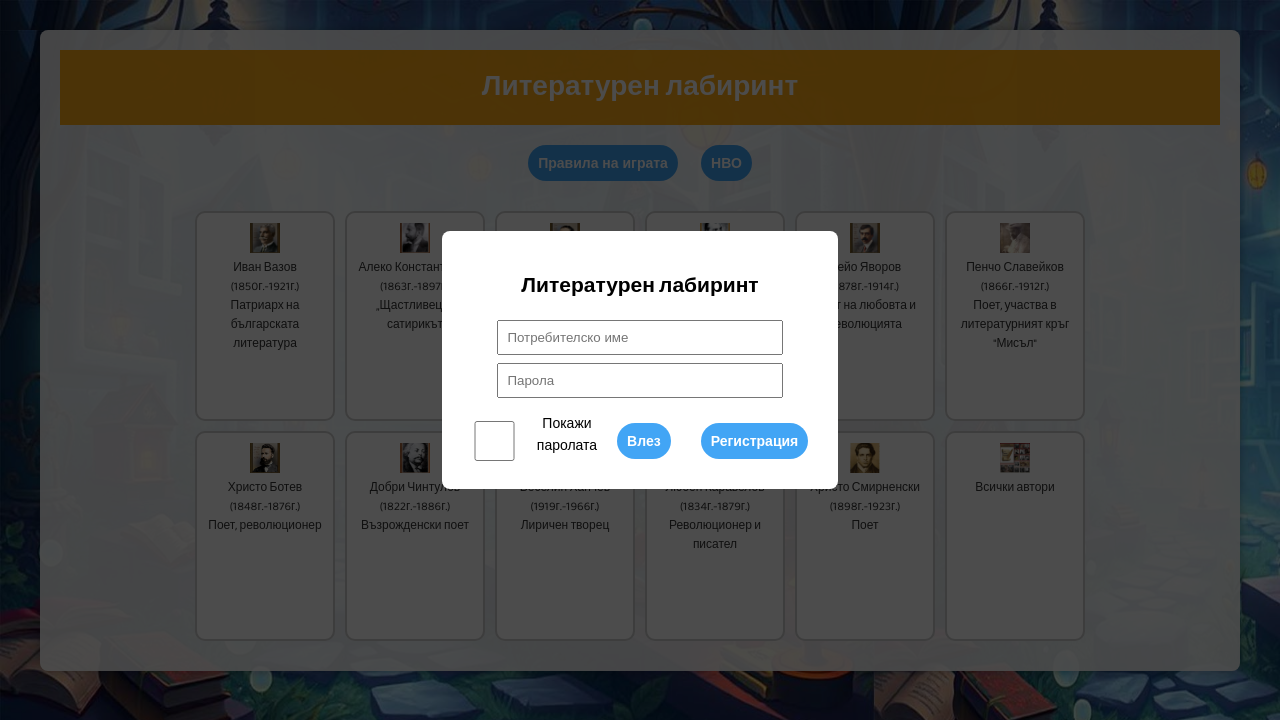
Repository: LY1177/litmaze
Page: public/index.html
The author's editor kept a copy of each file at every save. The page is drawn from the files as they stood at one save, then again after the next save.
The browser window is 1280 px wide. The pictures show the window.
A layer covers the whole window, so only the first screen is drawn. Backgrounds fixed to the window are drawn as part of the page.

Above is the page before, as saved 2025-05-07 11:17:23.

After the next save:
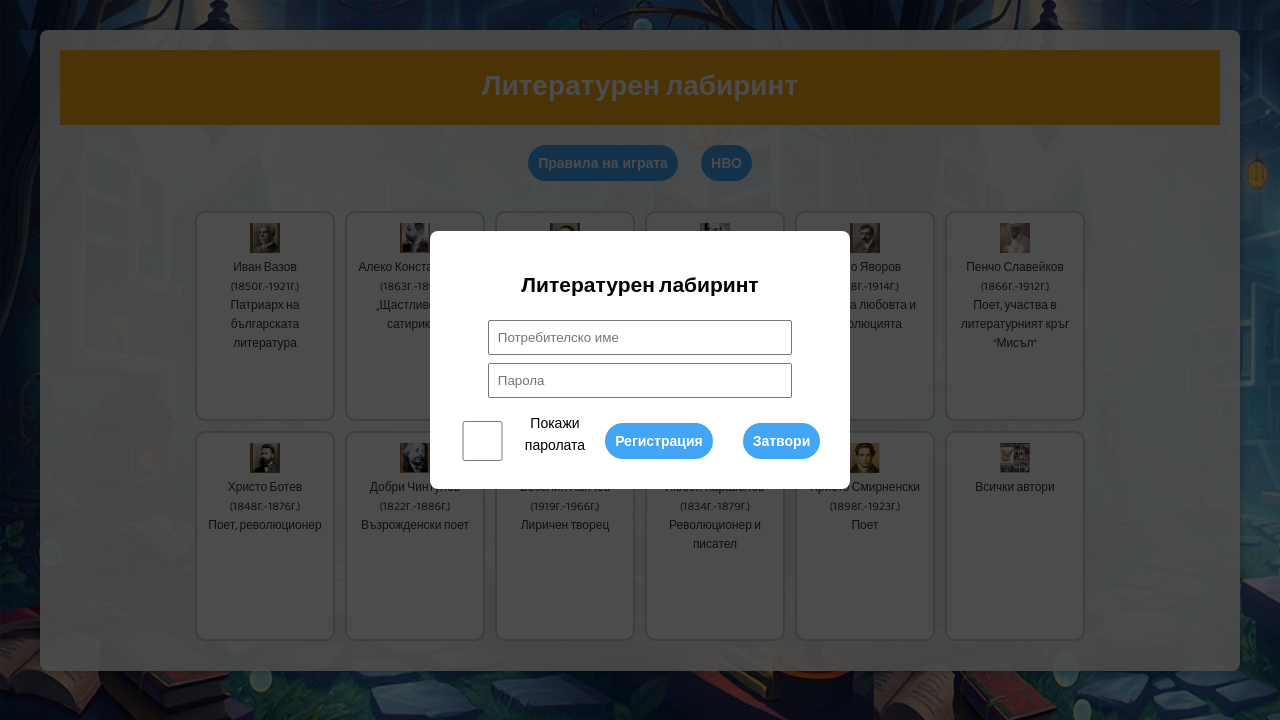
Console error: TypeError: Cannot read properties of null (reading 'addEventListener')
Saved 68 min 3 s later.
--- a/public/index.html
+++ b/public/index.html
@@ -21,9 +21,9 @@
         <input type="text" id="username" placeholder="Потребителско име">
         <input type="password" id="password" placeholder="Парола">
         <div class="modal-buttons">
-          <input type="checkbox" onclick="ShowLoginPassword()" class="passbox">Покажи паролата
-          <button id="login-btn" class="btn">Влез</button>
-          <button id="open-register-from-login" class="btn">Регистрация</button>
+          <input type="checkbox" onclick="ShowRegisterPassword()" class="passbox">Покажи паролата
+          <button id="register-btn" class="btn">Регистрация</button>
+          <button id="close-register-btn" class="btn">Затвори</button>
         </div>
       </div>
     </div>
@@ -51,11 +51,6 @@
           Потребител: <span id="display-username"></span> |
           Ниво: <span id="current-level">1</span> |
           Точки: <span id="score">0</span>
-          … |
-<span id="score">0</span> |
-Седмични: <span id="week-score">0</span> |
-Месечни: <span id="month-score">0</span>
-
         </div>
         <div id="button-row">
           <button id="back-to-authors" class="nav-btn">Назад към авторите</button>

After the save that followed:
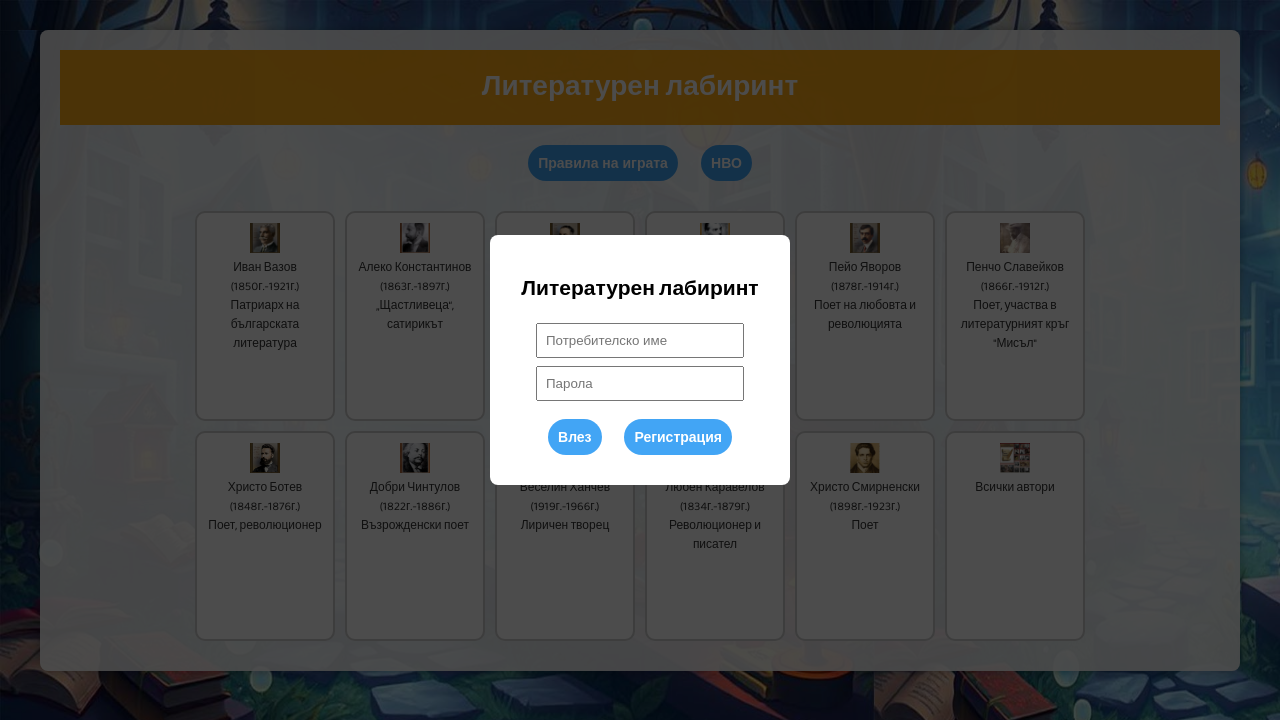
The error is gone.
Saved 14 s later.
--- a/public/index.html
+++ b/public/index.html
@@ -20,11 +20,8 @@
         <h2>Литературен лабиринт</h2>
         <input type="text" id="username" placeholder="Потребителско име">
         <input type="password" id="password" placeholder="Парола">
-        <div class="modal-buttons">
-          <input type="checkbox" onclick="ShowRegisterPassword()" class="passbox">Покажи паролата
-          <button id="register-btn" class="btn">Регистрация</button>
-          <button id="close-register-btn" class="btn">Затвори</button>
-        </div>
+        <button id="login-btn" class="btn">Влез</button>
+        <button id="open-register-from-login" class="btn">Регистрация</button>
       </div>
     </div>
     <!-- Регистрационен модал -->
